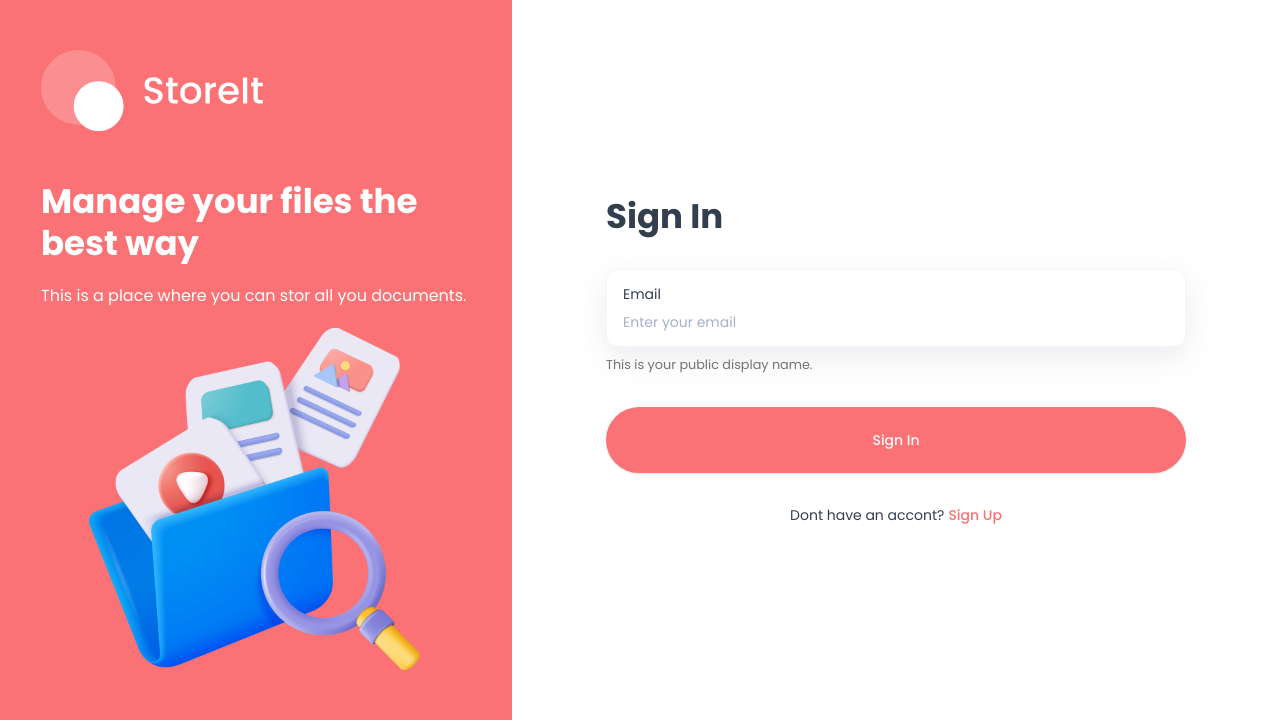
Repository: iharshitjaiswal/StoreIt
Page: /sign-in
The author's editor kept a copy of each file at every save. The page is drawn from the files as they stood at one save, then again after the next save.
The browser window is 1280 px wide. The pictures show the whole page.
The page's requests for data from a server got no answer. The project was rebuilt for these pictures with package versions that can differ from the ones it lists, and the page was loaded fresh each time. The framework's server and built-in components were replaced by stand-ins that run in the browser. No one was signed in, and anything a server would have sent is missing. Also part of the build but not shown: next.config.ts, components/ui/alert-dialog.tsx, components/ui/input-otp.tsx, components/OTPModal.tsx.

Above is the page before, as saved 2025-02-08 16:47:45.

After the next save:
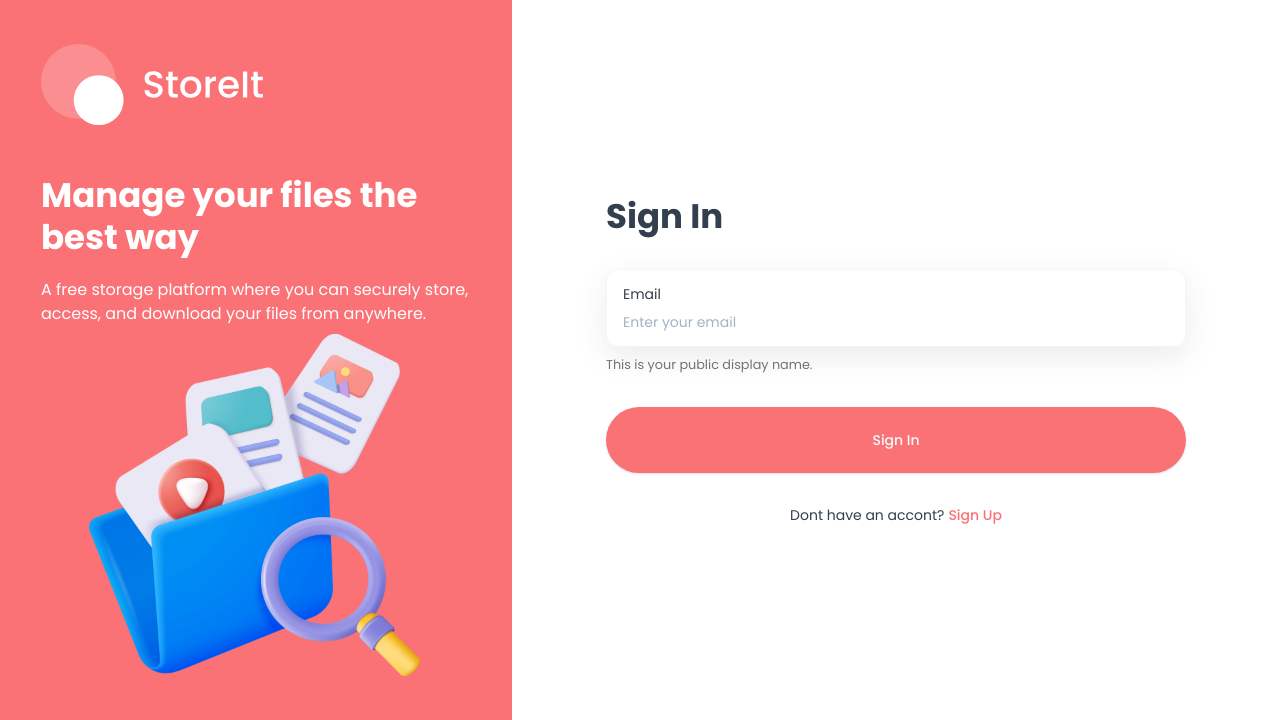
Saved 8 min 49 s later.
--- a/app/(auth)/layout.tsx
+++ b/app/(auth)/layout.tsx
@@ -16,7 +16,8 @@ const layout = ({ children }: { children: React.ReactNode }) => {
           <div className="space-y-5 text-white">
             <h1 className="h1">Manage your files the best way</h1>
             <p className="body-1">
-              This is a place where you can stor all you documents.
+              A free storage platform where you can securely store, access, and
+              download your files from anywhere.
             </p>
           </div>
         </div>
@@ -29,7 +30,7 @@ const layout = ({ children }: { children: React.ReactNode }) => {
         />
       </section>
 
-      <section className="flex flex-1 flex-col items-center bg-white p-4 py-10 lg:justify-center lg:p-10 lg:py-0">
+      <section className="flex flex-1 flex-col items-center bg-white p-4 py-10 lg:justify-center lg:p-10 lg:py-0 dark:bg-slate-800">
         <div className="mb-16 lg:hidden">
           <Image
             src="/assets/icons/logo-full-brand.svg"
